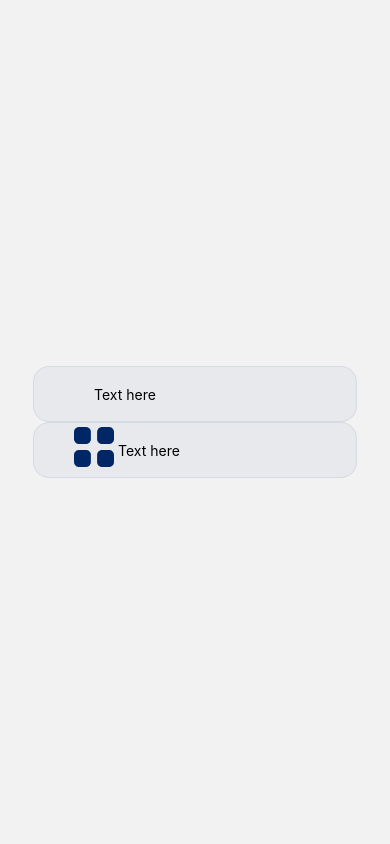
Repository: hungdomanh95/setuptheme
Screen: /
An editor plug-in stored every save of this project. The screen is shown before and after the next save, followed by the edit.
The app was drawn by React Native's web renderer in a window 390 px wide. The project was rebuilt for these pictures with package versions that can differ from the ones it lists, and the page was loaded fresh each time. Also part of the build but not shown: src/components/Fade/index.js, src/components/Slide/index.js, src/components/RNBotton/index.js, src/components/RNCheckbox/index.js.

Above is the screen before, as saved 2022-05-17 16:37:17.

After the next save:
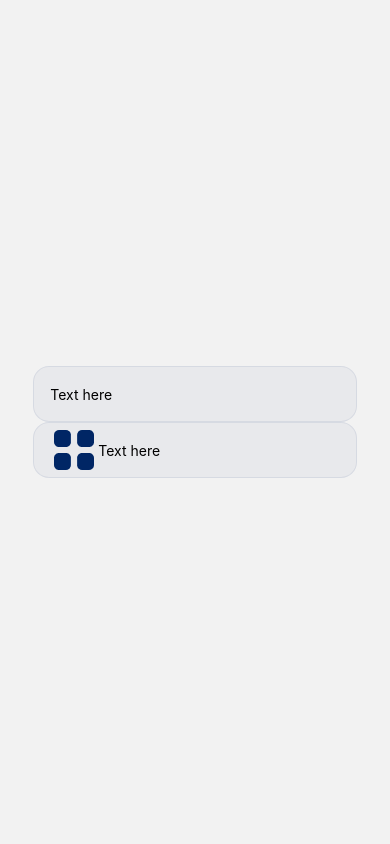
Saved 9 s later.
--- a/src/components/Input/index.js
+++ b/src/components/Input/index.js
@@ -23,8 +23,8 @@ const styles = StyleSheet.create({
     height:56,
     borderRadius:16,
     backgroundColor:COLOR.primary4,
-    justifyContent:'center',
     paddingLeft:SIZE.spacing,
-    flexDirection:"row"
+    flexDirection:"row",
+    alignItems:'center'
   }
 })
